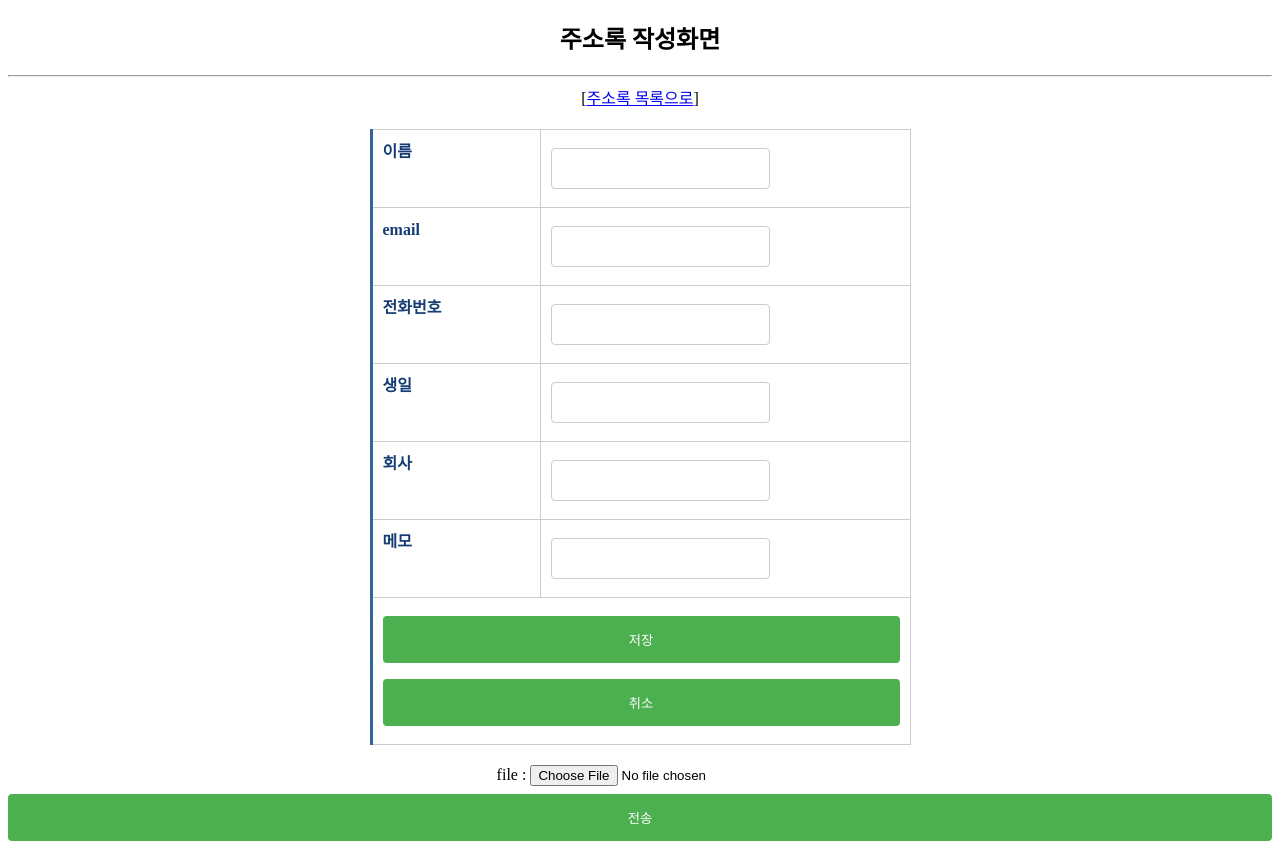
Repository: LeeHyukJe/jsp-bit
Page: http://localhost/jsp3/addrbook/addrbook_form.jsp
The author's editor kept a copy of each file at every save. The page is drawn from the files as they stood at one save, then again after the next save.
The browser window is 1280 px wide. The pictures show the whole page.
The page is served by Tomcat 9. Other server files are loaded and not shown.

Above is the page before, as saved 2017-09-20 04:59:30.

### jsp3/WebContent/addrbook/addrbook_form.jsp
<%@ page language="java" contentType="text/html; charset=UTF-8"
	pageEncoding="UTF-8" errorPage="addrbook_error.jsp"%>
<!DOCTYPE html PUBLIC "-//W3C//DTD HTML 4.01 Transitional//EN" "http://www.w3.org/TR/html4/loose.dtd">
<html>
<head>
<meta http-equiv="Content-Type" content="text/html; charset=UTF-8">
<title>주소록 작성 화면</title>
<link rel="stylesheet" href="login_css.css" media="screen">
	<style>
		table,input[type="text"],input[type="file"]{
			width:auto;
			heigth:400px;
		}
	</style>
</head>
<body>
	<div align="center">
    <h2>주소록 작성화면</h2>
    <hr>
    [<a href=addrbook_list.jsp>주소록 목록으로</a>]
    <p>
    <form name="form1" method="post" action="addrbook_control.jsp">
        <input type="hidden" name="action" value="insert">
        <table border="1" class="type03">
            <tr>
                <th>이름</th>
                <td><input type="text" name="ab_name" maxlength="15"></td>
            </tr>
            <tr>
                <th>email</th>
                <td><input type="text" name="ab_email" maxlength="20"></td>
            </tr>
            <tr>
                <th>전화번호</th>
                <td><input type="text" name="ab_tel" maxlength="20"></td>
            </tr>
            <tr>
                <th>생일</th>
                <td><input type="text" name="ab_birth"></td>
            </tr>
            <tr>
                <th>회사</th>
                <td><input type="text" name="ab_comdept" maxlength="20"></td>
            </tr>
            <tr>
                <th>메모</th>
                <td><input type="text" name="ab_memo"></td>
            </tr>
            <tr>
                <td colspan="2" align="center"><input type="submit" value="저장">
                    <input type="reset" value="취소"></td>
            </tr>
        </table>

			file : <input type="file" name="ab_picture">
			<input type="submit" value="전송">
    </form>
</div>
</body>
</html>

### jsp3/WebContent/addrbook/login_css.css
input[type=text],input[type=password],select{
    width: 100%;
    padding:12px 20px;
    margin:8px 0;
    display: inline-block;
    border:1px solid #ccc;
    border-radius: 4px;
    box-sizing: border-box;
}

input[type=submit],input[type=reset]{
    width:100%;
    background-color: #4CAF50;
    color: white;
    padding:14px 20px;
    margin:8px 0;
    border:none;
    border-radius: 4px;
    cursor: pointer;
}

input[type=submit]:hover, input[type=reset]:hover{
    background-color: #45a049;
}

table.type03{
    border-collapse:collapse;
    text-align: left;
    line-height: 1.5;
    border-top:1px solid #ccc;
    border-left:3px solid #369;
    margin:20px 10px;
}

table.type03 th{
    width:147px;
    padding:10px;
    font-weight:bold;
    vertical-align: top;
    color: #153d73;
    border-right:1px solid #ccc;
    border-bottom: 1px solid #ccc;
}

table.type03 td{
    width: 349px;
    padding:10px;
    vertical-align: top;
    border-right:1px solid #ccc;
    border-bottom: 1px solid #ccc;
}

After the next save:
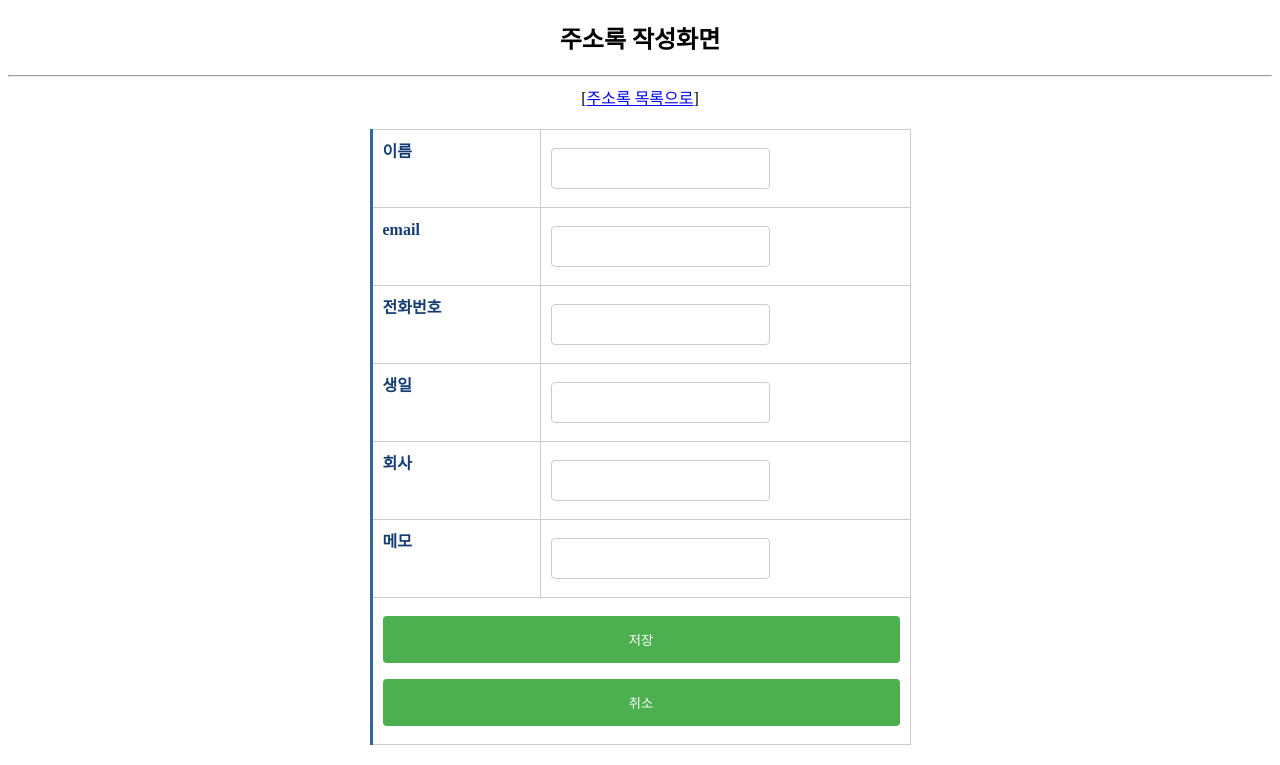
Saved 2 min 21 s later.
--- a/jsp3/WebContent/addrbook/addrbook_form.jsp
+++ b/jsp3/WebContent/addrbook/addrbook_form.jsp
@@ -7,7 +7,7 @@
 <title>주소록 작성 화면</title>
 <link rel="stylesheet" href="login_css.css" media="screen">
 	<style>
-		table,input[type="text"],input[type="file"]{
+		table,input[type="text"]{
 			width:auto;
 			heigth:400px;
 		}
@@ -51,9 +51,6 @@
                     <input type="reset" value="취소"></td>
             </tr>
         </table>
-
-			file : <input type="file" name="ab_picture">
-			<input type="submit" value="전송">
     </form>
 </div>
 </body>
